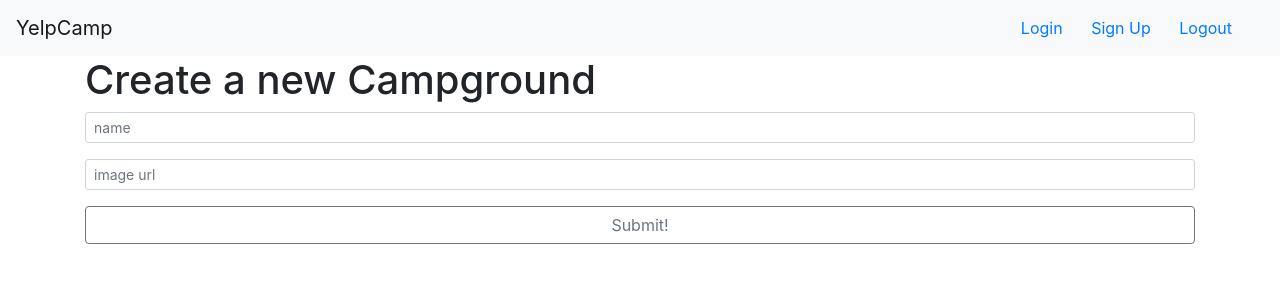
Repository: manojsatya/YelpCamp
Page: http://localhost/campgrounds/new
The author's editor kept a copy of each file at every save. The page is drawn from the files as they stood at one save, then again after the next save.
The browser window is 1280 px wide. The pictures show the whole page.
The page is served by the project's Node server (app.js).

Above is the page before, as saved 2019-06-14 18:03:50.
Console error: TypeError: Cannot read properties of undefined (reading 'fn')

After the next save:
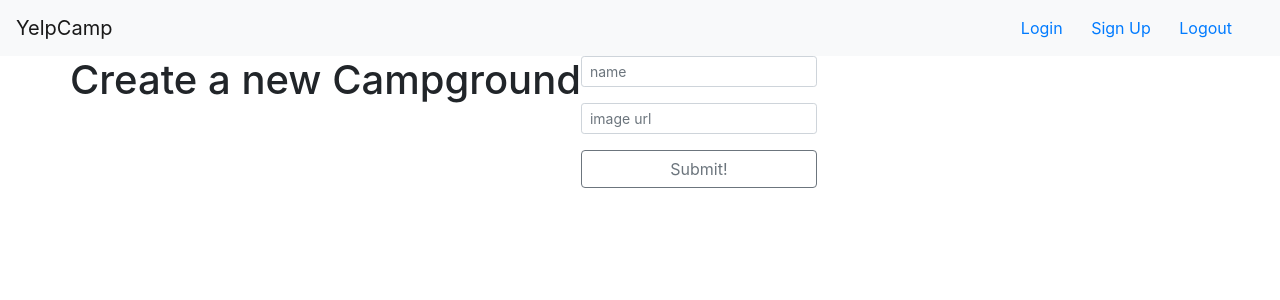
Saved 37 s later.
--- a/views/new.ejs
+++ b/views/new.ejs
@@ -2,21 +2,20 @@
 
 
 <div class="container">
-
-    <h1>Create a new Campground</h1>
-
-    <form action="/campgrounds" method="POST">
-        <div class="form-group">
-            <input class="form-control form-control-sm" type="text" name="name" id="" placeholder="name">
-        </div>
-        <div class="form-group">
-            <input class="form-control form-control-sm" type="text" name="image" id="" placeholder="image url">
-        </div>
-        <div class="form-group">
-            <button class="btn btn-outline-secondary btn-block"> Submit!</button>
-        </div>
-    </form>
-
+    <div class="row">
+        <h1>Create a new Campground</h1>
+        <form action="/campgrounds" method="POST">
+            <div class="form-group">
+                <input class="form-control form-control-sm" type="text" name="name" id="" placeholder="name">
+            </div>
+            <div class="form-group">
+                <input class="form-control form-control-sm" type="text" name="image" id="" placeholder="image url">
+            </div>
+            <div class="form-group">
+                <button class="btn btn-outline-secondary btn-block"> Submit!</button>
+            </div>
+        </form>
+    </div>
 </div>
 
 <% include partials/footer %>
